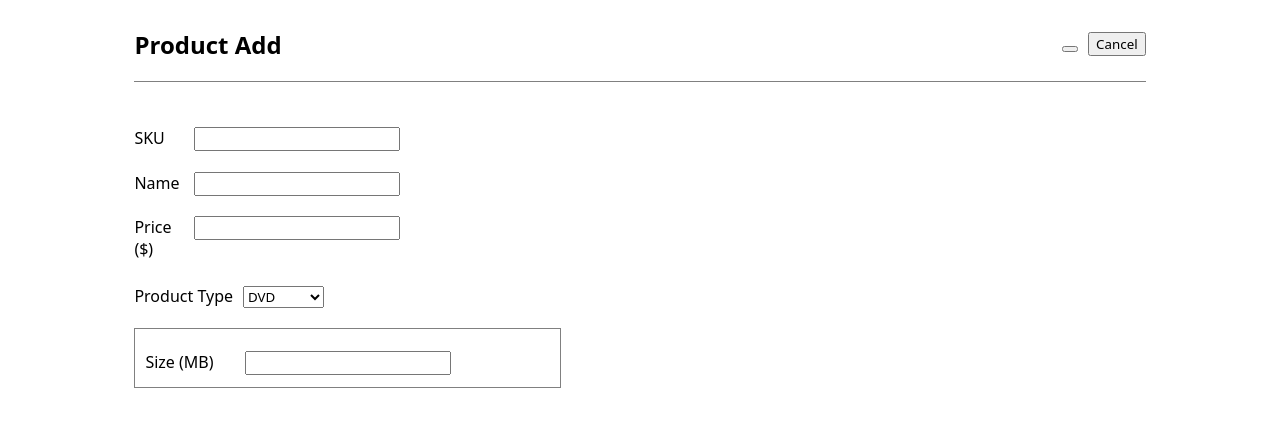
Repository: gabyto19/scandiweb
Page: http://localhost/addPage.php
An editor plug-in stored every save of this project. The page is shown before and after the next save, followed by the edit.
The browser window is 1280 px wide. The pictures show the whole page.
Some web libraries are served in a nearby version. The page is run by PHP 8.4 with error messages shown; the project is at /var/www/html/.

Above is the page before, as saved 2023-03-07 17:44:40.

### addPage.php
<html lang="en">

<head>
    <meta charset="UTF-8">
    <meta http-equiv="X-UA-Compatible" content="IE=edge">
    <meta name="viewport" content="width=device-width, initial-scale=1.0">
    <script src="https://unpkg.com/vue@next" defer></script>
    <link rel="stylesheet" href="styles.css" />
    <script src="https://unpkg.com/vue@3/dist/vue.global.js"></script>
    <title>Document</title>
    <script type="text/javascript" src="insert-product.php"></script>
</head>

<body>
    <div id="app">
        <nav>
            <h2>Product Add</h2>
            <div class="rightButtons">
                <button @click="clearIt">{{}}</button>
                <button class="delete-checkbox" id="delete-product-btn">
                    <a style="text-decoration: none; color: black" href="/">Cancel</a>
                </button>
            </div>
        </nav>

        <div class="first">
            <label for="sku">SKU</label>
            <input type="text" id="sku" v-model="sku" required />
            <br />
            <label for="name">Name</label>
            <input type="text" id="name" v-model="name" required />
            <br />
            <label for="price">Price ($)</label>
            <input type="number" id="price" v-model="price" required />
        </div>
        <div class="second">
            <label for="productType" style="margin-right: 10px">Product Type</label>
            <select id="productType" v-model="selectedProductType">
                <option value="dvd">DVD</option>
                <option value="furniture">Furniture</option>
                <option value="book">Book</option>
            </select>
            <div class="lists">
                <div v-if="selectedProductType === 'dvd'">
                    <label for="size">Size (MB)</label>
                    <input type="number" id="size" v-model="size" />
                </div>
                <div v-if="selectedProductType === 'book'">
                    <label for="weight">Weight (Kg)</label>
                    <input type="number" id="weight" v-model="weight" />
                </div>
                <div v-if="selectedProductType === 'furniture'">
                    <label for="height">Height (cm)</label>
                    <input type="number" id="height" v-model="height" />
                    <br />
                    <label for="width">Width (cm)</label>
                    <input type="number" id="width" v-model="width" />
                    <br />
                    <label for="length">Length (cm)</label>
                    <input type="number" id="length" v-model="length" />
                </div>
            </div>
        </div>
    </div>
    <script src="https://unpkg.com/vue@3/dist/vue.global.js"></script>
    <script src="https://cdn.jsdelivr.net/npm/axios@1.1.2/dist/axios.min.js"></script>
    <script src="addPage.js"></script>
</body>

</html>

<style scoped>
    input::-webkit-outer-spin-button,
    input::-webkit-inner-spin-button {
        -webkit-appearance: none;
        margin: 0;
    }

    .first,
    .second {
        width: 80%;
        margin: auto;
    }

    .first,
    .second,
    .second div {
        margin-top: 2%;
    }

    .first label {
        width: 60px;
        display: inline-table;
        margin-top: 2%;
    }

    .lists label {
        width: 100px;
        display: inline-block;
        margin-top: 1%;
        margin-bottom: 1%;
    }

    .lists {
        width: 40%;
        border: solid 1px gray;
        padding: 10px;
    }

    nav button:first-child {
        margin-right: 10px;
    }

    .rightButtons button:first-child {
        margin-right: 10px;
    }
</style>

### insert-product.php
<?php

// Replace the database credentials with your own
$servername = "localhost";
$username = "root";
$password = "";
$dbname = "test";

// Check if form was submitted
if ($_SERVER["REQUEST_METHOD"] == "POST") {

  // Get form data
  $sku = $_POST['sku'];
  $name = $_POST['name'];
  $price = $_POST['price'];
  $productType = $_POST['productType'];
  $size = $_POST['size'];
  $weight = $_POST['weight'];
  $height = $_POST['height'];
  $width = $_POST['width'];
  $length = $_POST['length'];

  // Check if optional fields were left blank
  if ($size == null) {
      $size = '0';
  }

  if ($weight == null) {
      $weight = '0';
  }

  if ($height == null) {
      $height = '0';
  }

  if ($width == null) {
      $width = '0';
  }

  if ($length == null) {
      $length = '0';
  }

  // Create connection
  $conn = new mysqli($servername, $username, $password, $dbname);

  // Check connection
  if ($conn->connect_error) {
      die("Connection failed: " . $conn->connect_error);
  }

  // Prepare and bind statement
  $stmt = $conn->prepare("INSERT INTO products (sku, name, price, productType, size, weight, height, width, length) VALUES (?, ?, ?, ?, ?, ?, ?, ?, ?)");
  $stmt->bind_param("ssdssdddd", $sku, $name, $price, $productType, $size, $weight, $height, $width, $length);

  // Execute statement
  if ($stmt->execute()) {
      echo "New record created successfully";
  } else {
      echo "Error: " . $stmt->error;
  }

  // Close statement and connection
  $stmt->close();
  $conn->close();
}

?>

### styles.css
nav {
    width: 80%;
    display: flex;
    justify-content: space-between;
    align-items: center;
    margin: auto;
    border-bottom: solid 1px gray;
  }

  * {
    font-family: system-ui;
  }

### addPage.js
Vue.createApp({
  data() {
    return {
      sku: "",
      name: "",
      price: "",
      selectedProductType: "dvd",
      size: "",
      weight: "",
      height: "",
      width: "",
      length: "",
      test: "testit",
    };
  },
  methods: {
    submitForm() {
      // Create a FormData object containing the form data
      const formData = new FormData();
      formData.append("sku", this.sku);
      formData.append("name", this.name);
      formData.append("price", this.price);
      formData.append("productType", this.selectedProductType);
      formData.append("size", this.size);
      formData.append("weight", this.weight);
      formData.append("height", this.height);
      formData.append("width", this.width);
      formData.append("length", this.length);

      // Send a POST request to the server with the form data
      axios
        .post("insert-product.php", formData)
        .then((response) => {
          console.log(response.data);
          alert("Product added successfully!");
        })
        .catch((error) => {
          console.log(error);
          alert(
            "An error occurred while adding the product. Please try again."
          );
        });
    },
    clearIt() {
      console.log("logged");
    },
  },
}).mount("#app");

After the next save:
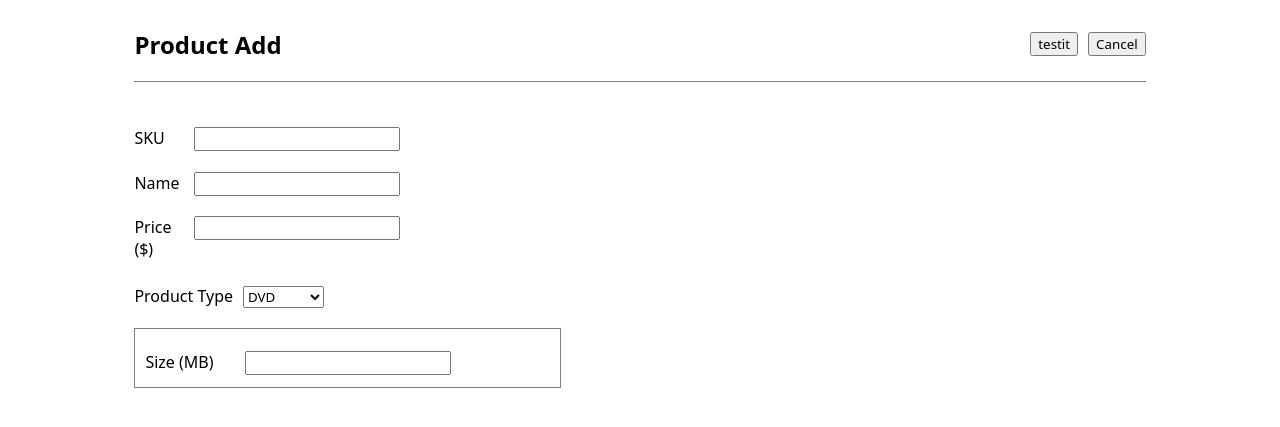
Saved 4 s later.
--- a/addPage.php
+++ b/addPage.php
@@ -16,7 +16,7 @@
         <nav>
             <h2>Product Add</h2>
             <div class="rightButtons">
-                <button @click="clearIt">{{}}</button>
+                <button @click="clearIt">{{test}}</button>
                 <button class="delete-checkbox" id="delete-product-btn">
                     <a style="text-decoration: none; color: black" href="/">Cancel</a>
                 </button>
